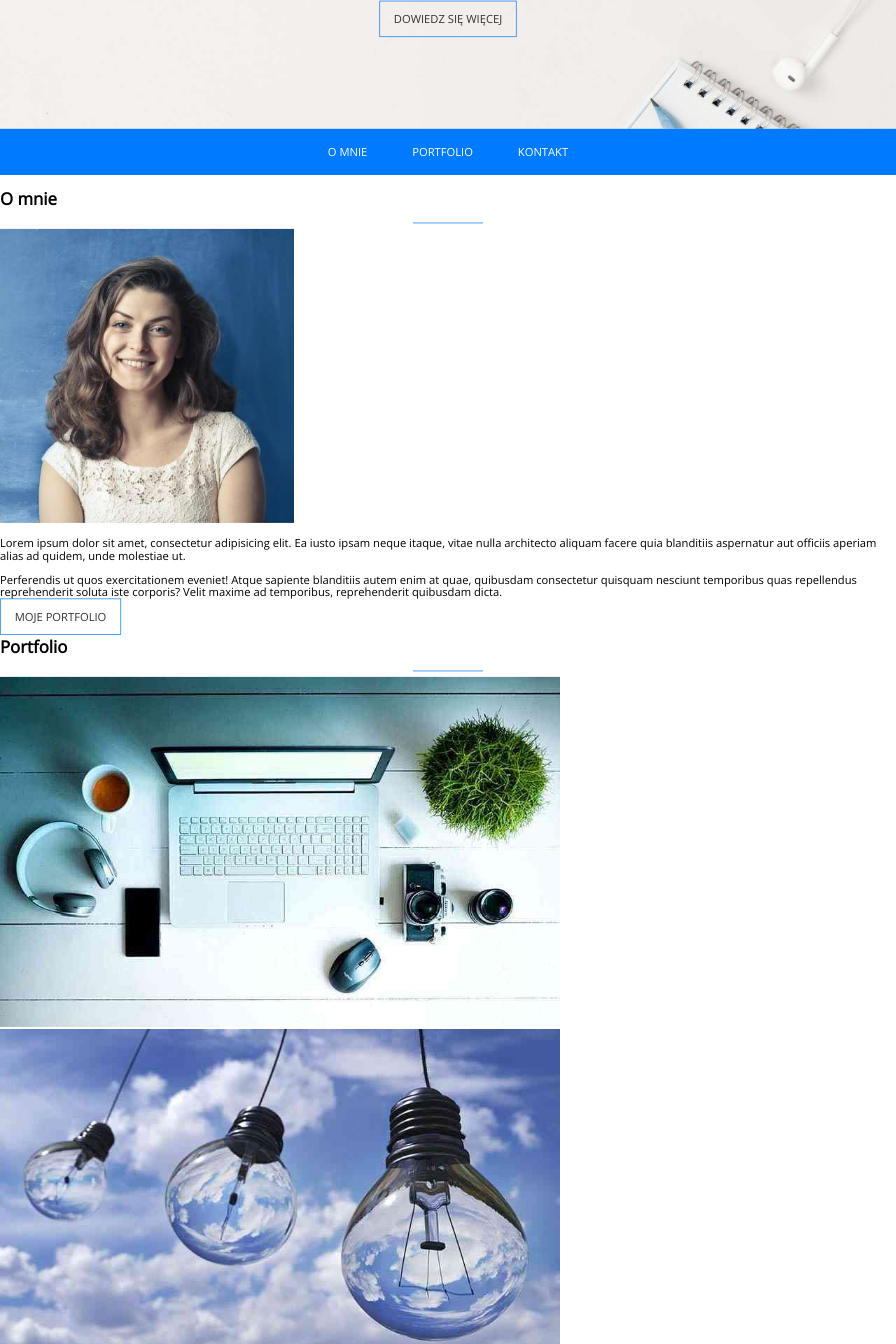
Repository: magdaf41/CSS
Page: zadanie_9/index.html
These files come from the project's save history. The page is drawn as it stood at one moment and after the next save; the edit follows.
The browser window is 1280 px wide. The pictures show the part of the page from y = 320 to 2240 px (the page is 7522 px tall before and 7302 px after), at 70% of full size.

Above is the page before, as saved 2020-08-26 19:48:03.

### zadanie_9/index.html
<!DOCTYPE html>
<html lang="pl">

<head>
    <meta charset="UTF-8">
    <meta name="viewport" content="width=device-width, initial-scale=1.0">
    <title>Portfolio</title>
    <link rel="stylesheet" href="css/normalize.css">

    <link rel="stylesheet" href="https://cdnjs.cloudflare.com/ajax/libs/font-awesome/4.7.0/css/font-awesome.min.css">

    <link href="https://fonts.googleapis.com/css2?family=Open+Sans:wght@300;400&display=swap" rel="stylesheet">

    <link rel="stylesheet" href="css/style.css">
</head>

<body>

    <header class="main-header">
        <div class="main-header-content">
            <h1>Front end developer</h1>
            <hr>
            <p>HTML <span>&bull;</span> CSS <span>&bull;</span> JavaScript </p>
            <a href="" class="btn">Dowiedz się więcej</a>

        </div>
    </header>

    <nav class="main-menu">
        <ul>
            <li class="menu-item"><a href="#about">O mnie </a> </li>
            <li class="menu-item"><a href="#portfolio">Portfolio</a></li>
            <li class="menu-item"><a href="#contact">Kontakt</a></li>
        </ul>
    </nav>

    <section id="about">
        <h2 class="title">O mnie</h2>
        <hr>
        <img src="img/about.jpg" alt="moje_zdjęcie">
        <p>Lorem ipsum dolor sit amet, consectetur adipisicing elit. Ea iusto ipsam neque itaque, vitae nulla architecto
            aliquam facere quia blanditiis aspernatur aut officiis aperiam alias ad quidem, unde molestiae ut.</p>
        <p>Perferendis ut quos exercitationem eveniet! Atque sapiente blanditiis autem enim at quae, quibusdam
            consectetur quisquam nesciunt temporibus quas repellendus reprehenderit soluta iste corporis? Velit maxime
            ad temporibus, reprehenderit quibusdam dicta.</p>
        <a href="" class="btn">Moje portfolio</a>


    </section>

    <section id="portfolio">
        <h2 class="title">Portfolio</h2>
        <hr>
        <img src="img/portfolio/photo-1.jpg" alt="photo-1">
        <img src="img/portfolio/photo-2.jpg" alt="photo-2">
        <img src="img/portfolio/photo-3.jpg" alt="photo-3">
        <img src="img/portfolio/photo-4.jpg" alt="photo-4">
        <img src="img/portfolio/photo-5.jpg" alt="photo-5">
        <img src="img/portfolio/photo-6.jpg" alt="photo-6">
        <img src="img/portfolio/photo-7.jpg" alt="photo-7">
        <img src="img/portfolio/photo-8.jpg" alt="photo-8">
        <img src="img/portfolio/photo-9.jpg" alt="photo-9">
        <img src="img/portfolio/photo-10.jpg" alt="photo-10">
        <img src="img/portfolio/photo-11.jpg" alt="photo-11">
        <img src="img/portfolio/photo-12.jpg" alt="photo-12">
    </section>

    <section id="contact"></section>
    <h2 class="title">Kontakt</h2>
    <hr>
    <form class="form">
        <input type="text" name="name" id="name" placeholder="Imię">
        <input type="email" name="email" id="email" placeholder="Email">
        <textarea name="message" id="message" placeholder="Wiadomość"></textarea>
        <button type="submit" class="button">Wyślij wiadomość</button>
    </form>

    <a href="#" class="fa fa-facebook"></a>
    <a href="#" class="fa fa-twitter"></a>

    <footer>
        <p>Copyright&copy; Magdalena Falkowska-Legieć
        <p></p>
    </footer>

</body>

</html>

### zadanie_9/css/style.css
* {
    box-sizing: border-box;
}

body {
    font-family: 'Open Sans', sans-serif;
}

hr {
    background-color: #007bff;
    width: 100px;
    height: 1px;
    border: none;
    padding: 0%;
}

.btn {
    text-decoration: none;
    text-transform: uppercase;
    color: #333;
    border: 1px solid #007bff;
    padding: 14px 20px;
    cursor: pointer;
    transition: all .3s;
}

.btn:hover {
    color: white;
    background-color: #007bff;
}

/* Header style */

.main-header {
    height: 70vh;
    background-image: url(../img/header.jpg);
    background-size: cover;
    background-position: center;
    background-repeat: no-repeat;
    display: flex;
    align-items: center;
    justify-content: center;
}

.main-header .main-header-content {
    text-align: center;
}

.main-header .main-header-content h1 {
    font-size: 4.2em;
    color: #007bff;
    text-transform: uppercase;
    margin: 0;
}

.main-header .main-header-content p {
    color: #333;
    font-size: 1.3em;
    margin: 40px 0;
}

.main-header .main-header-content p span {
    color: #007bff;
}

/* nav */

.main-menu {
    background-color: #007bff;
}

.main-menu ul {
    margin: 0;
    padding: 10px 0;
    text-align: center;
}

.main-menu ul .menu-item {
    display: inline-block;
    margin: 0 10px;
}

.main-menu ul .menu-item a{
    color: white;
    text-decoration: none;
    text-transform: uppercase;
    padding: 14px 20px;
    display: block;
    transition: all .3;
}

.main-menu ul .menu-item a:hover{
    background-color: white;
    color: #007bff;
}

Loaded but not shown: zadanie_9/css/normalize.css (library)

After the next save:
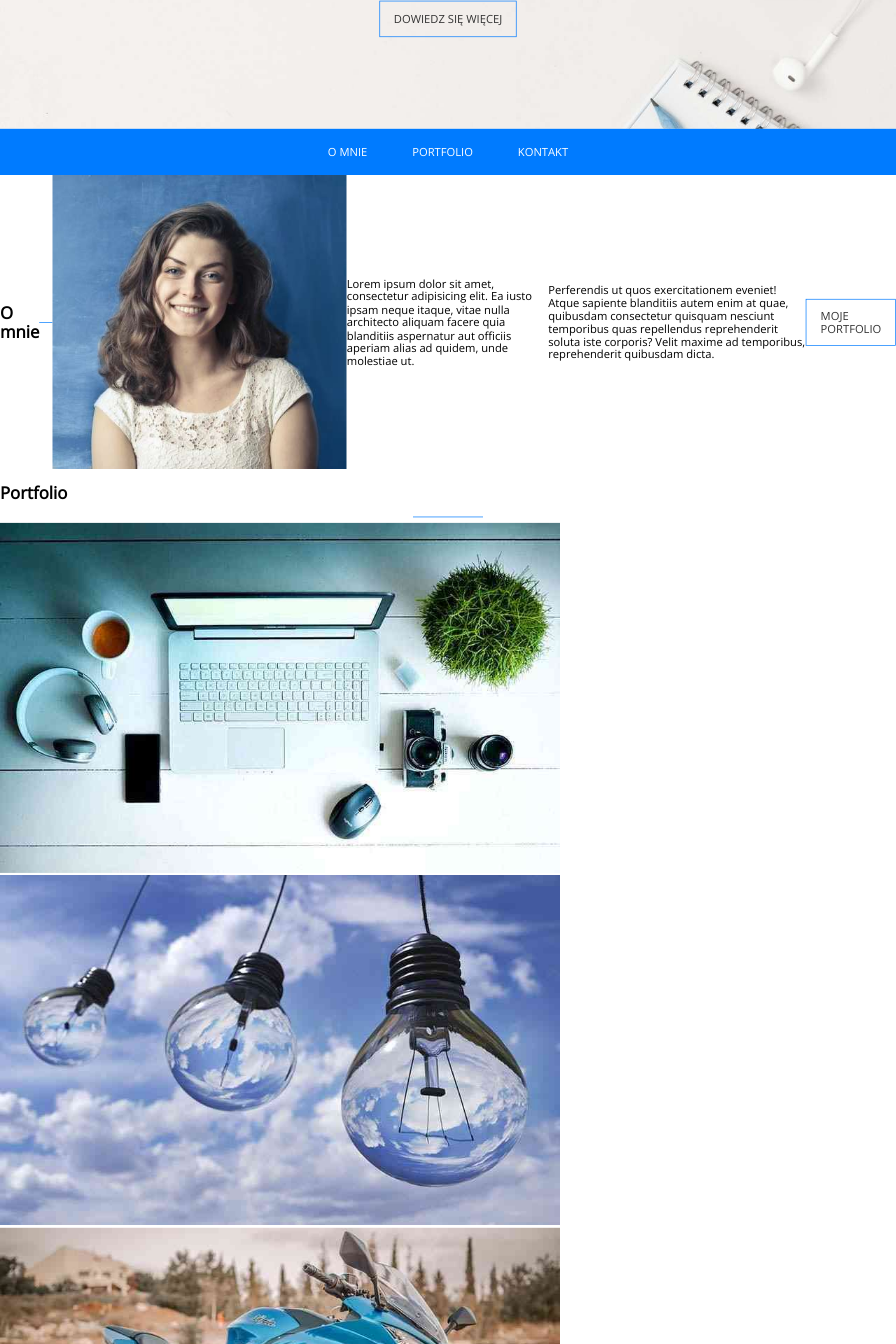
Saved 2 min 34 s later.
--- a/zadanie_9/css/style.css
+++ b/zadanie_9/css/style.css
@@ -93,3 +93,10 @@ hr {
     background-color: white;
     color: #007bff;
 }
+
+#about {
+    background-color: white;
+    display: flex;
+    align-items: center;
+    justify-content: center;
+}

After the save that followed:
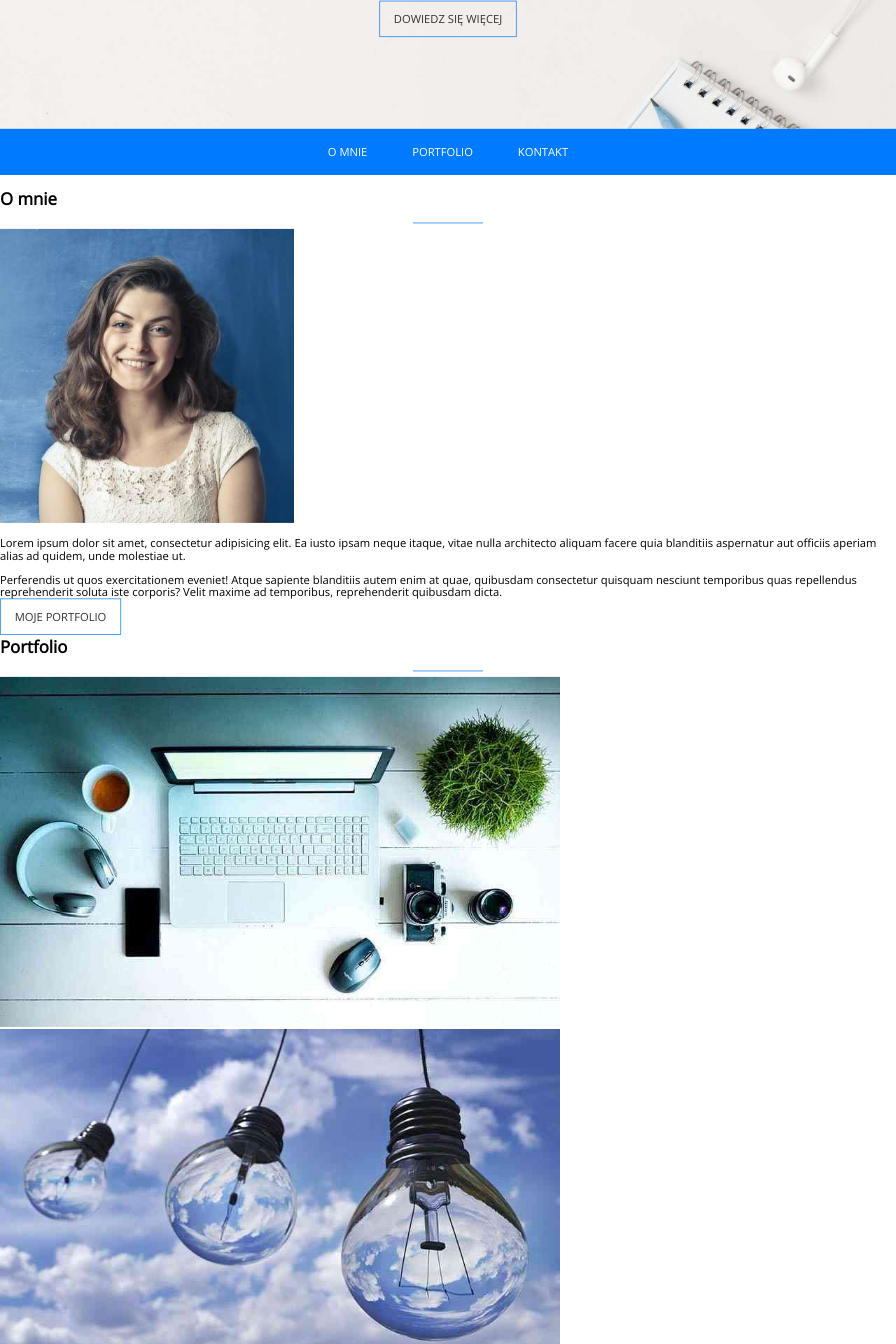
Saved 26 s later.
--- a/zadanie_9/css/style.css
+++ b/zadanie_9/css/style.css
@@ -96,7 +96,6 @@ hr {
 
 #about {
     background-color: white;
-    display: flex;
-    align-items: center;
-    justify-content: center;
+    display: inline-block;
+
 }
